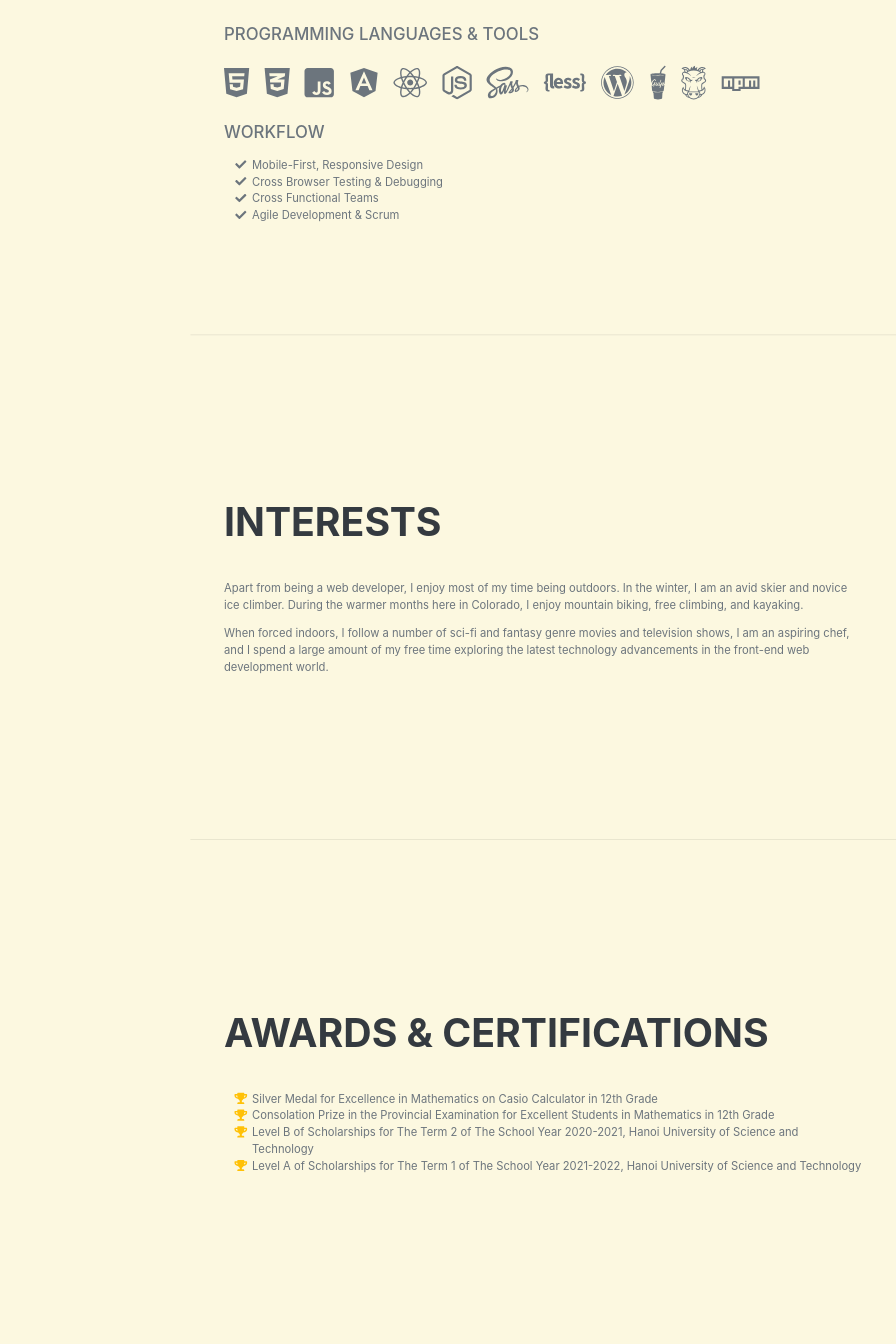
Repository: nguyenlcc/Online-CV
Page: index.html
The author's editor kept a copy of each file at every save. The page is drawn from the files as they stood at one save, then again after the next save.
The browser window is 1280 px wide. The pictures show the part of the page from y = 2890 to 4810 px (the page is 4810 px tall), at 70% of full size.
Some web fonts or font styles are not loaded; a fallback is used. Some web libraries are served in a nearby version.

Above is the page before, as saved 2022-05-22 16:30:41.

After the next save:
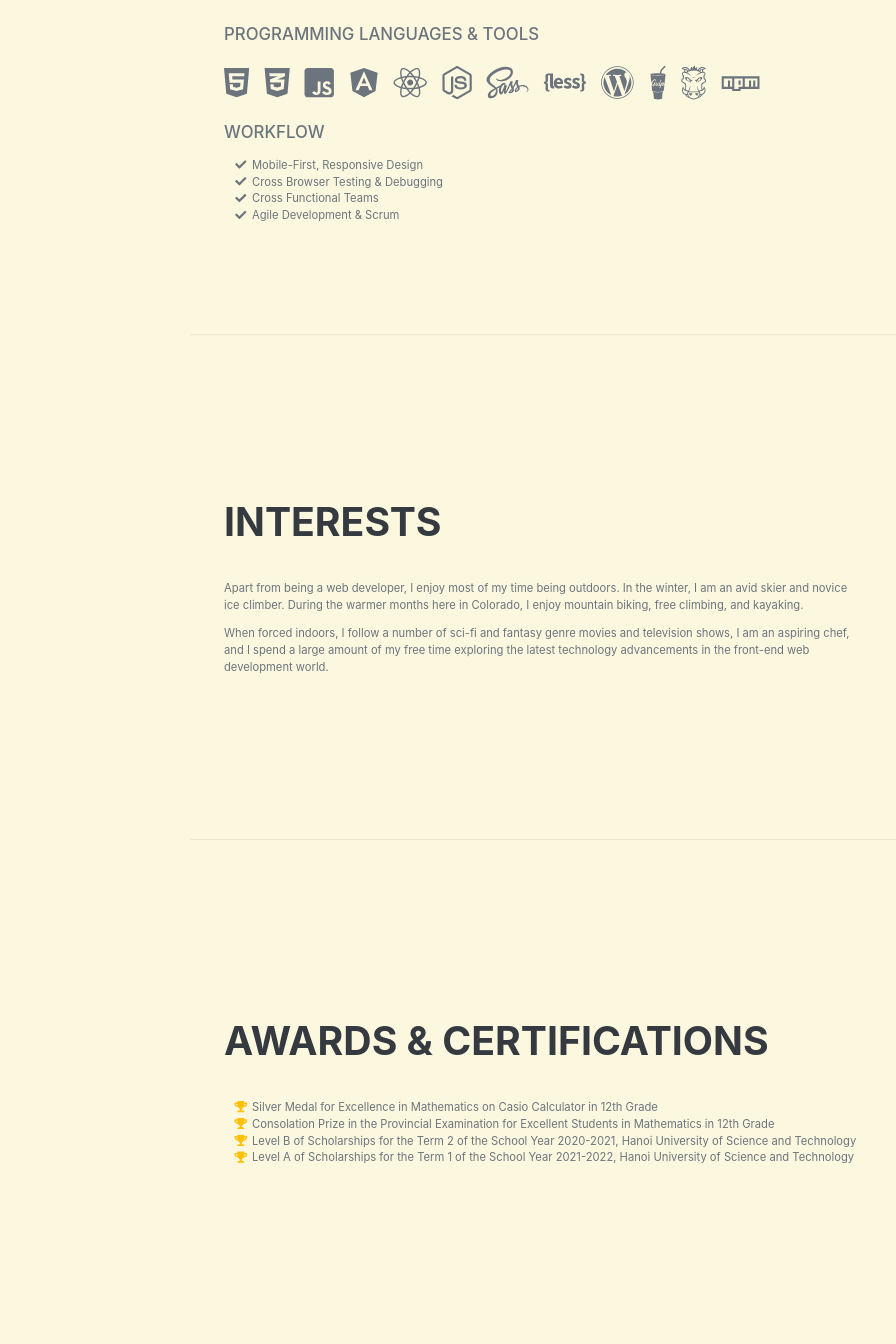
Saved 110 s later.
--- a/index.html
+++ b/index.html
@@ -306,13 +306,13 @@
               <span class="fa-li"
                 ><i class="fas fa-trophy text-warning"></i
               ></span>
-              Level B of Scholarships for The Term 2 of The School Year 2020-2021, Hanoi University of Science and Technology
+              Level B of Scholarships for the Term 2 of the School Year 2020-2021, Hanoi University of Science and Technology
             </li>
             <li>
               <span class="fa-li"
                 ><i class="fas fa-trophy text-warning"></i
               ></span>
-              Level A of Scholarships for The Term 1 of The School Year 2021-2022, Hanoi University of Science and Technology
+              Level A of Scholarships for the Term 1 of the School Year 2021-2022, Hanoi University of Science and Technology
             </li>
           </ul>
         </div>
